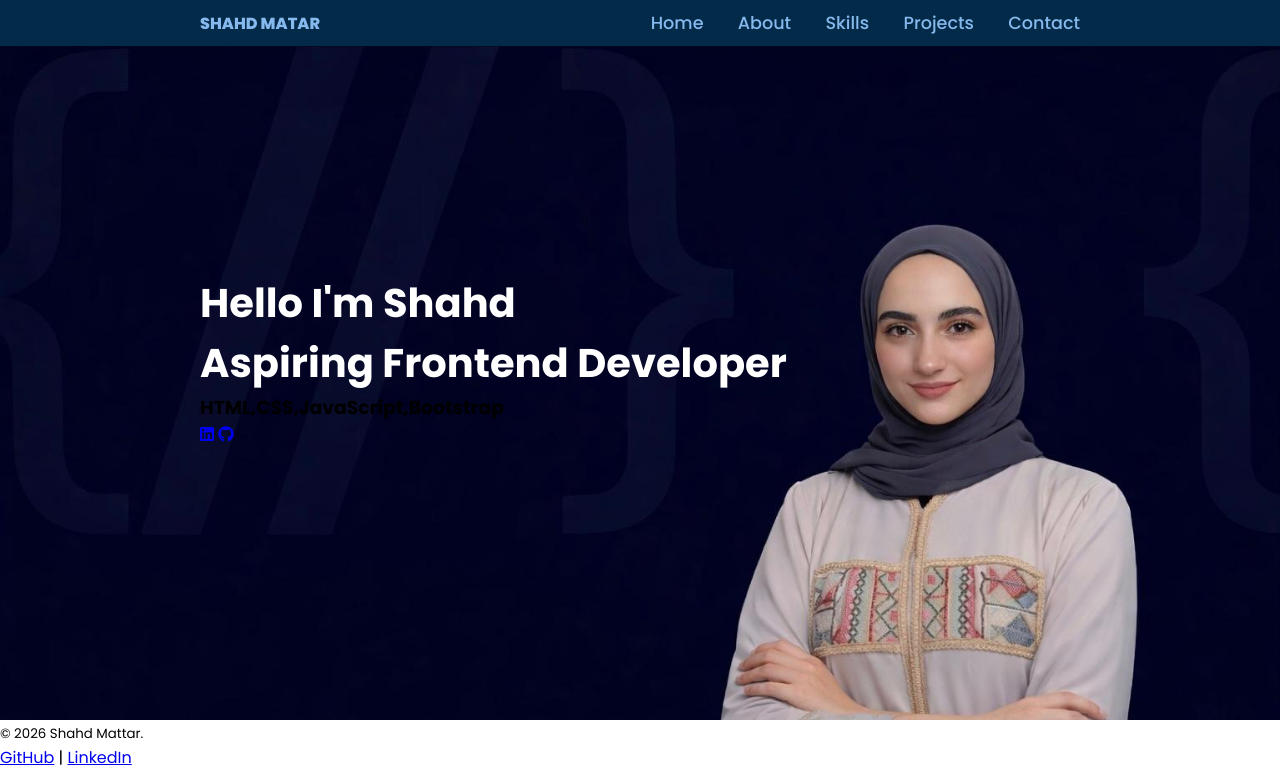
Repository: shahdmattar/personal-landing-page
Page: index.html
An editor plug-in stored every save of this project. The page is shown before and after the next save, followed by the edit.
The browser window is 1280 px wide. The pictures show the whole page.
Backgrounds fixed to the window are drawn as part of the page.

Above is the page before, as saved 2026-04-15 10:50:26.

After the next save:
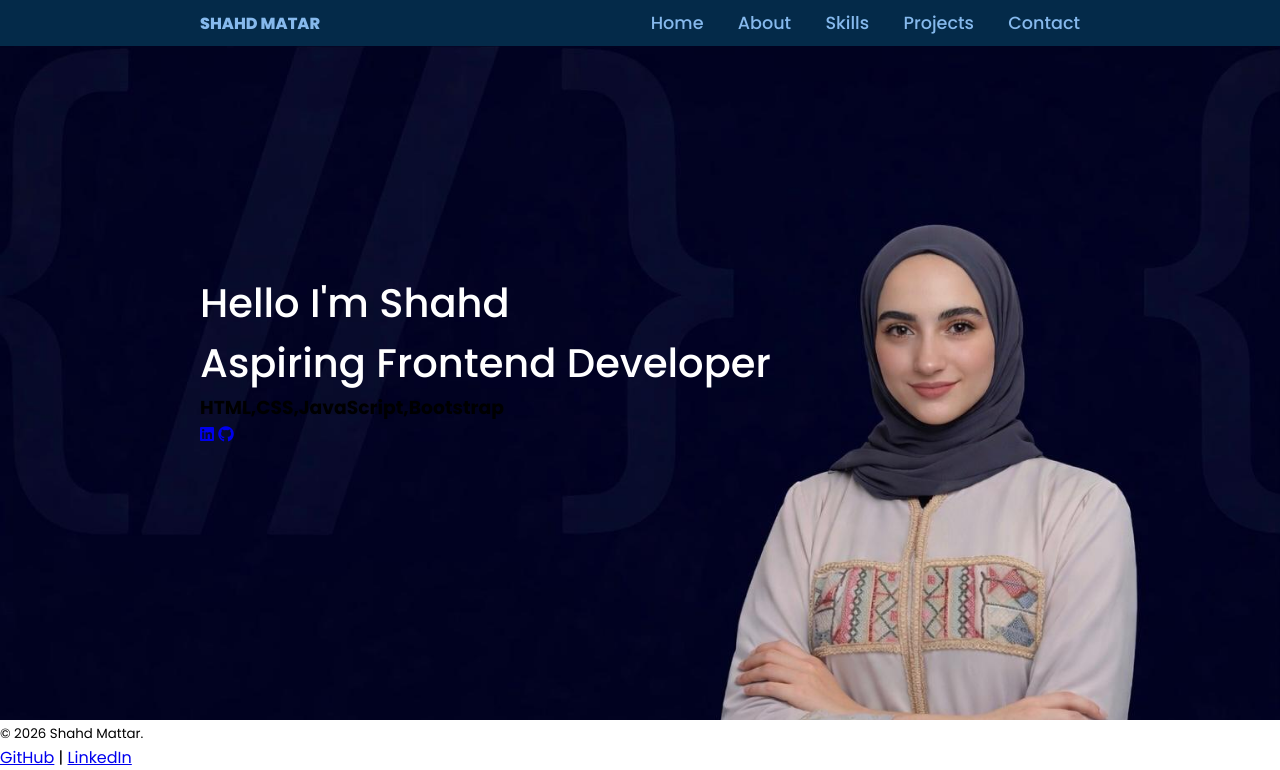
Saved 5 s later.
--- a/style.css
+++ b/style.css
@@ -59,5 +59,5 @@ section{
 .main h2{
   color:#fff;
   font-size:2.5rem;
-  font-weight:
+  font-weight:500;
 }
